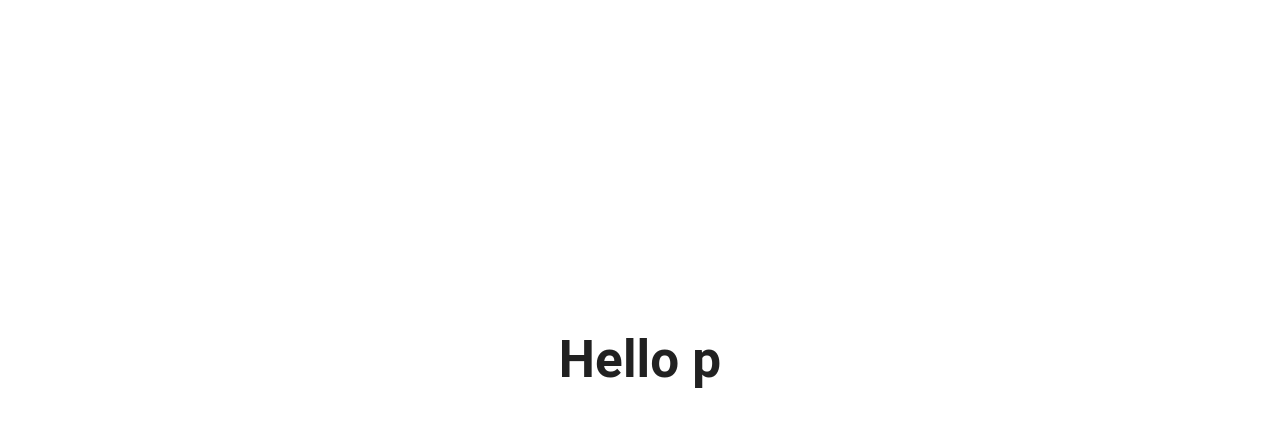
Repository: Abhi2359/react_internship
Page: / (app in assignment/)
An editor plug-in stored every save of this project. The page is shown before and after the next save, followed by the edit.
The browser window is 1280 px wide. The pictures show the whole page.
The project was rebuilt for these pictures with package versions that can differ from the ones it lists, and the page was loaded fresh each time. Also part of the build but not shown: assignment/vite.config.ts.

Above is the page before, as saved 2023-08-18 18:30:15.

### assignment/src/main.tsx
import React from 'react'
import ReactDOM from 'react-dom/client'
import App from './App.tsx'
import './index.css'
import { ThemeProvider, CssBaseline } from '@mui/material';
import theme from './theme';
ReactDOM.createRoot(document.getElementById('root')!).render(
  <React.StrictMode>
   <ThemeProvider theme={theme}>
    <CssBaseline />
    <App />
  </ThemeProvider>
  </React.StrictMode>,
)

### assignment/src/App.tsx
import { useState } from 'react'

import './App.css'

function App() {
  const [count, setCount] = useState(0)

  return (
    <>
     <h1>Hello p</h1>

    </>
  )
}

export default App

### assignment/src/theme.tsx
import { createTheme } from '@mui/material/styles';

const theme = createTheme();

export default theme;

Loaded but not shown: assignment/index.html (common file); assignment/src/index.css (common file); assignment/src/App.css (common file)

After the next save:
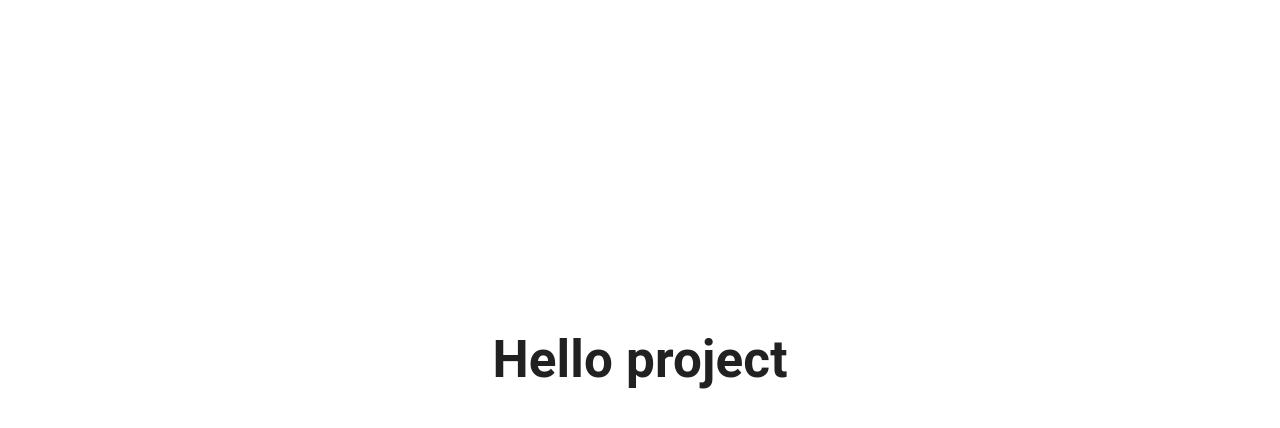
Saved 4 s later.
--- a/assignment/src/App.tsx
+++ b/assignment/src/App.tsx
@@ -7,7 +7,7 @@ function App() {
 
   return (
     <>
-     <h1>Hello p</h1>
+     <h1>Hello project</h1>
 
     </>
   )
